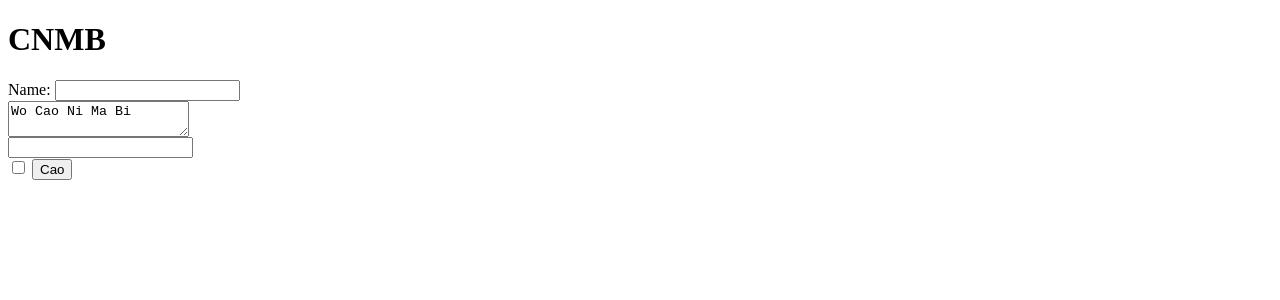
Repository: FWBMKII/csc207
Page: cnmb/cnmb.html
An editor plug-in stored every save of this project. The page is shown before and after the next save, followed by the edit.
The browser window is 1280 px wide. The pictures show the whole page.

Above is the page before, as saved 2015-04-27 19:34:19.

After the next save:
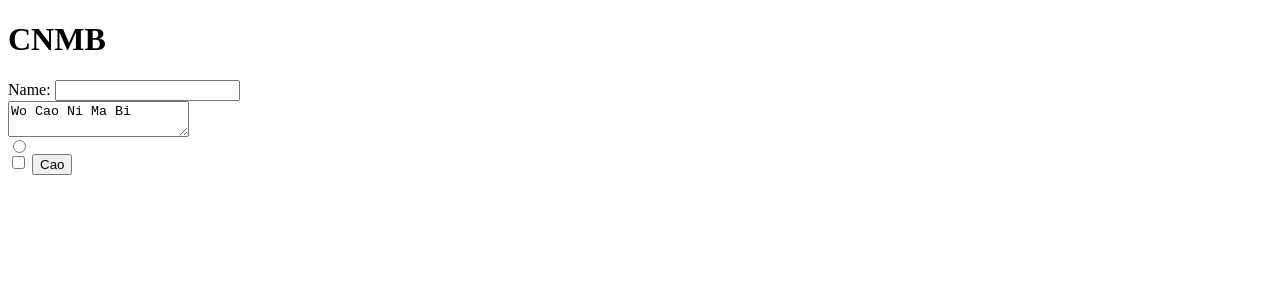
Saved 10 s later.
--- a/cnmb/cnmb.html
+++ b/cnmb/cnmb.html
@@ -10,7 +10,7 @@
 		Name: <input type="text" name="name"/><br/>
 		<textarea name="wcnmb">Wo Cao Ni Ma Bi</textarea>
 		<br/>
-		<input type="">
+		<input type="radio" name="address">
 		<br/>
 		<input type="checkbox" name="over18"/>
 
